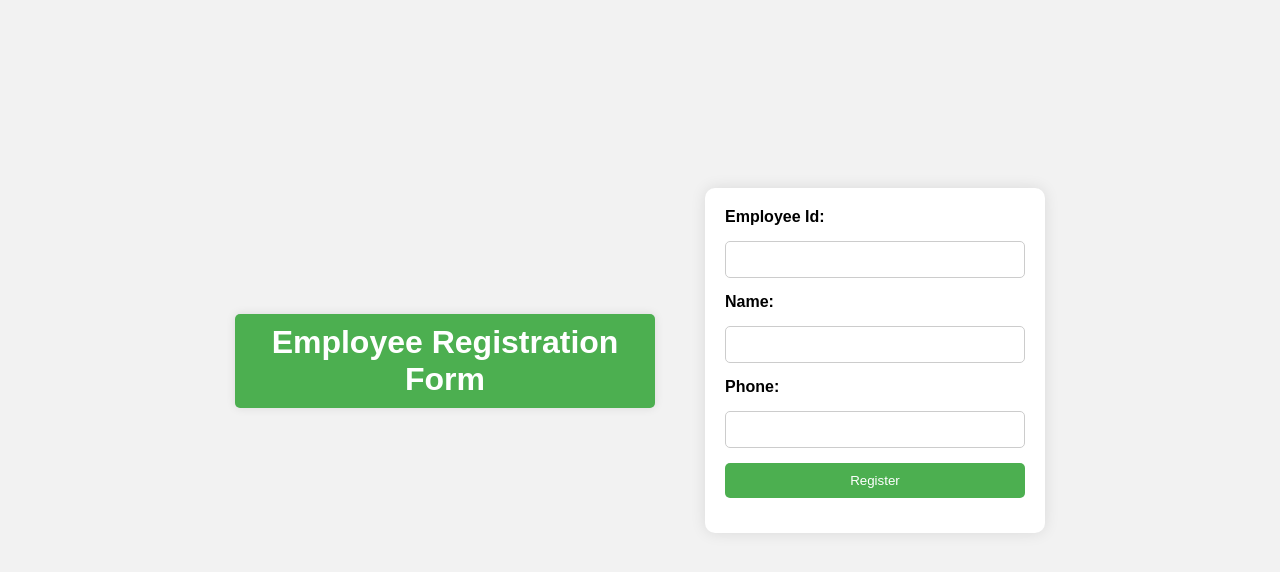
Repository: Akshay1416/Spring_MVC-Hiberneat-Project
Page: http://localhost/employee-mvc/register.jsp
An editor plug-in stored every save of this project. The page is shown before and after the next save, followed by the edit.
The browser window is 1280 px wide. The pictures show the whole page.
The page is served by Tomcat 9. Other server files are loaded and not shown.

Above is the page before, as saved 2024-10-15 14:14:18.

### employee-mvc/src/main/webapp/register.jsp
<%@ page language="java" contentType="text/html; charset=UTF-8"
    pageEncoding="UTF-8"%>
<!DOCTYPE html>
<html>
<head>
<meta charset="UTF-8">
<title>Insert title here</title>
<style>
        body {
            font-family: Arial, sans-serif;
            background-color: #f2f2f2;
            display: flex;
            justify-content: center;
            align-items: center;
            height: 100vh;
            margin: 0;
        }
         h1 {
            color: #333;
            font-size: 2em;
            text-align: center;
            margin-bottom: 20px;
            padding: 10px;
            background-color: #4CAF50;
            color: white;
            border-radius: 5px;
            width: 100%;
            max-width: 400px;
            box-shadow: 0 0 10px rgba(0, 0, 0, 0.1);
            margin-right: 50px;
        }

        form {
            background-color: #fff;
            padding: 20px;
            border-radius: 10px;
            box-shadow: 0 0 15px rgba(0, 0, 0, 0.1);
            width: 300px;
        }

        label, input[type="text"], input[type="submit"] {
            display: block;
            width: 100%;
            margin-bottom: 15px;
        }

        label {
            font-weight: bold;
        }

        input[type="text"] {
            padding: 10px;
            border: 1px solid #ccc;
            border-radius: 5px;
            box-sizing: border-box;
        }

        input[type="submit"] {
            padding: 10px;
            background-color: #4CAF50;
            color: white;
            border: none;
            border-radius: 5px;
            cursor: pointer;
        }

        input[type="submit"]:hover {
            background-color: #45a049;
        }
    </style>
</head>
<body>
<h1>Employee Registration Form</h1><br>
	<form action="reg">
        <label for="id">Employee Id:</label>
        <input type="text" id="id" name="id">

        <label for="name">Name:</label>
        <input type="text" id="name" name="name">

        <label for="phone">Phone:</label>
        <input type="text" id="phone" name="phone">

        <input type="submit" value="Register">
    </form>
</body>
</html>

After the next save:
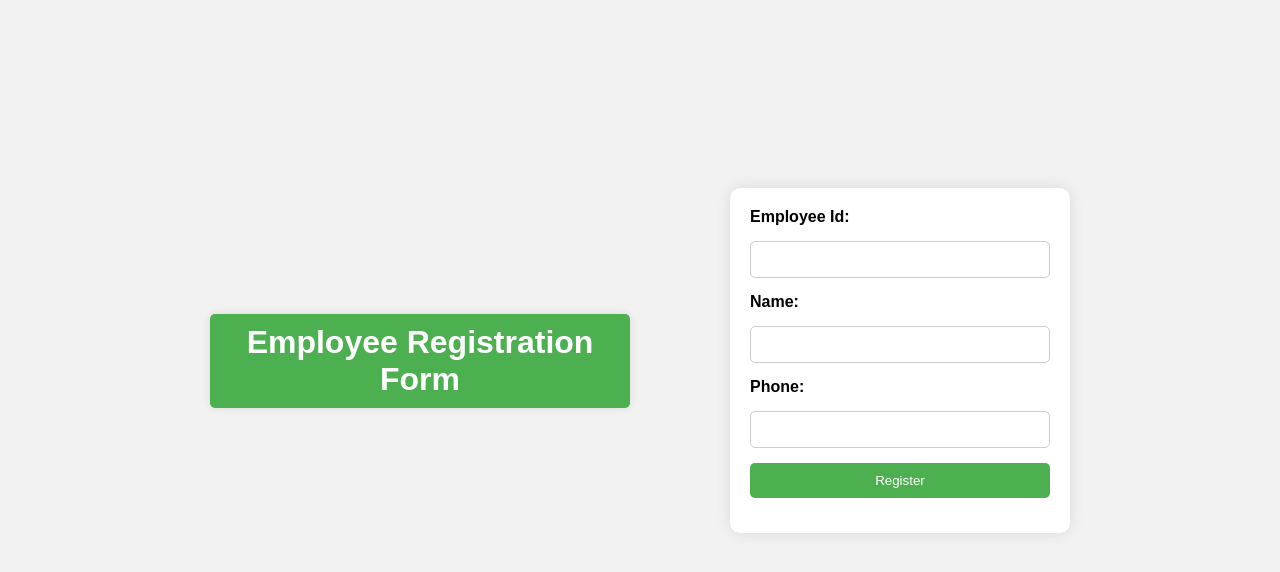
Saved 22 s later.
--- a/employee-mvc/src/main/webapp/register.jsp
+++ b/employee-mvc/src/main/webapp/register.jsp
@@ -27,7 +27,7 @@
             width: 100%;
             max-width: 400px;
             box-shadow: 0 0 10px rgba(0, 0, 0, 0.1);
-            margin-right: 50px;
+            margin-right: 100px;
         }
 
         form {
